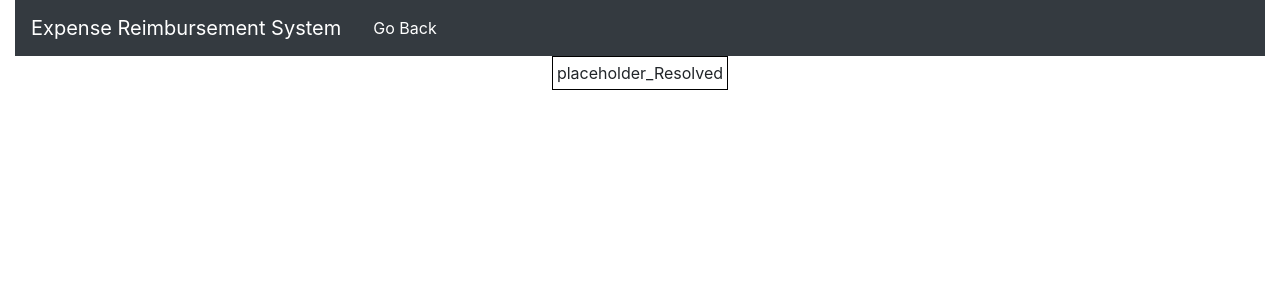
Repository: Trevormulrenin/ers-app
Page: ers-app/src/main/webapp/html/resolved.html
The author's editor kept a copy of each file at every save. The page is drawn from the files as they stood at one save, then again after the next save.
The browser window is 1280 px wide. The pictures show the whole page.

Above is the page before, as saved 2021-03-30 22:47:57.

After the next save:
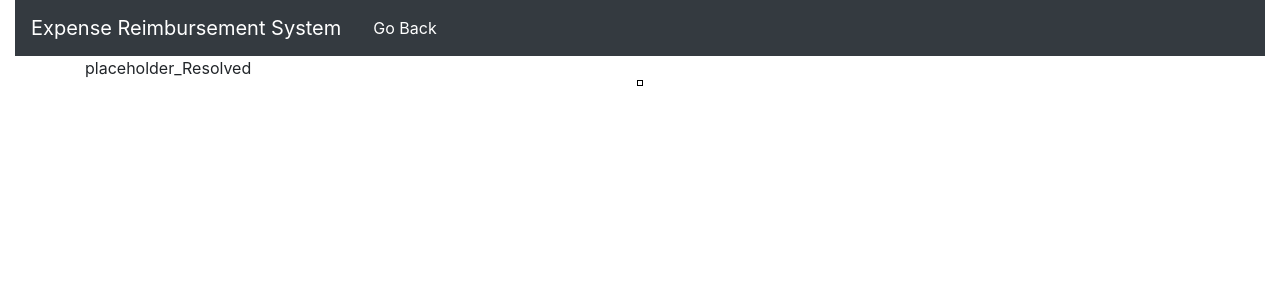
Saved 16 s later.
--- a/ers-app/src/main/webapp/html/resolved.html
+++ b/ers-app/src/main/webapp/html/resolved.html
@@ -16,11 +16,11 @@
 		</nav>
 	</div>
 
-	<table id="resolved-table">
-		<tr>
-			<td> placeholder_Resolved </td>
-		</tr>
-	</table>
+	<div class="container">
+		<table id="resolved-table">
+				placeholder_Resolved
+		</table>
+	</div>
 
  </body>
  </html>
